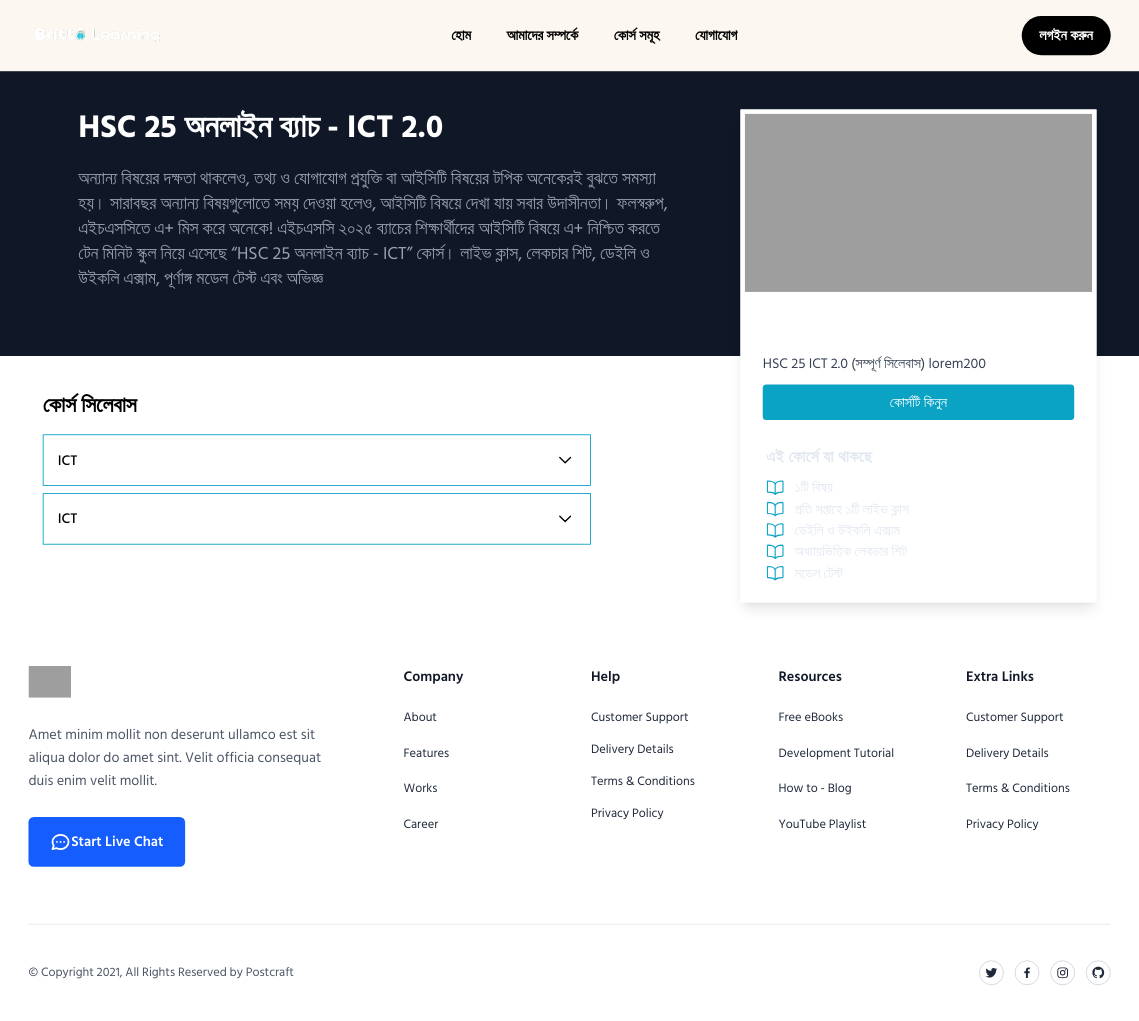
Repository: Ruddro420/course-selling
Page: /single-course
These files come from the project's save history. The page is drawn as it stood at one moment and after the next save; the edit follows.
The browser window is 1280 px wide. The pictures show the whole page, at 89% of full size.
Pictures or frames that could not be fetched are drawn as grey boxes. The project was rebuilt for these pictures with package versions that can differ from the ones it lists, and the page was loaded fresh each time. Also part of the build but not shown: vite.config.js, src/components/AboutSection.jsx, src/components/ContactSection.jsx, src/components/CourseSection.jsx, src/components/Hero.jsx, src/components/TeamSection.jsx, src/components/WhyUsSection.jsx, src/pages/Home.jsx and 2 more.

Above is the page before, as saved 2025-02-06 04:07:29.

After the next save:
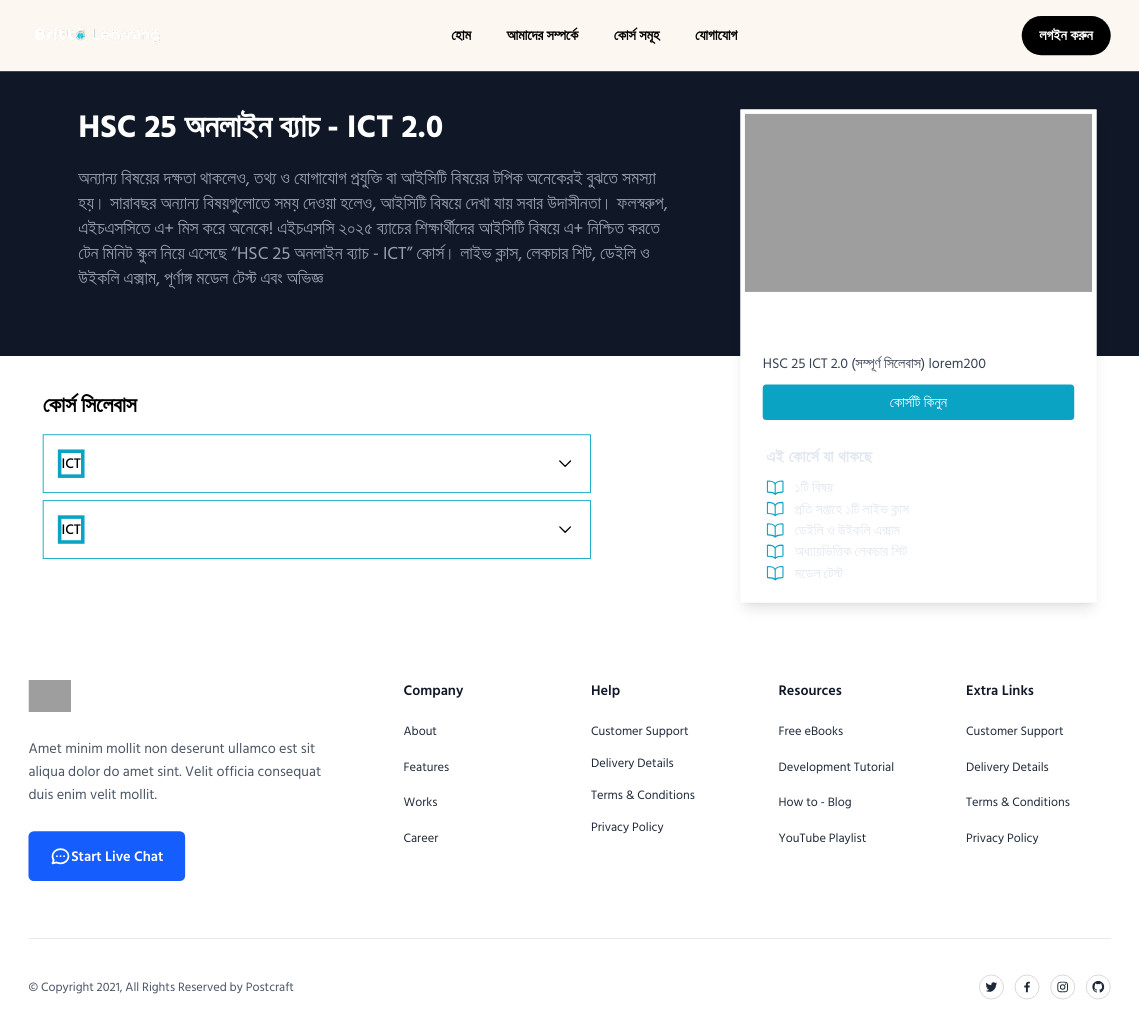
Saved 35 s later.
--- a/src/components/courseComponent/Dropdown.jsx
+++ b/src/components/courseComponent/Dropdown.jsx
@@ -8,7 +8,7 @@
      <div className="p-0 border sylebus mt-2 border-[#0BA3C4]">
           <details className="group">
             <summary className="flex border-[#0BA3C4] text-black p-4 cursor-pointer list-none items-center justify-between font-medium ">
-              <span className="border-[#0BA3C4]">{heading}</span>
+              <span className="border-[#0BA3C4] border-4">{heading}</span>
               <span className="transition group-open:rotate-180">
                 <svg
                   fill="none"

After the save that followed:
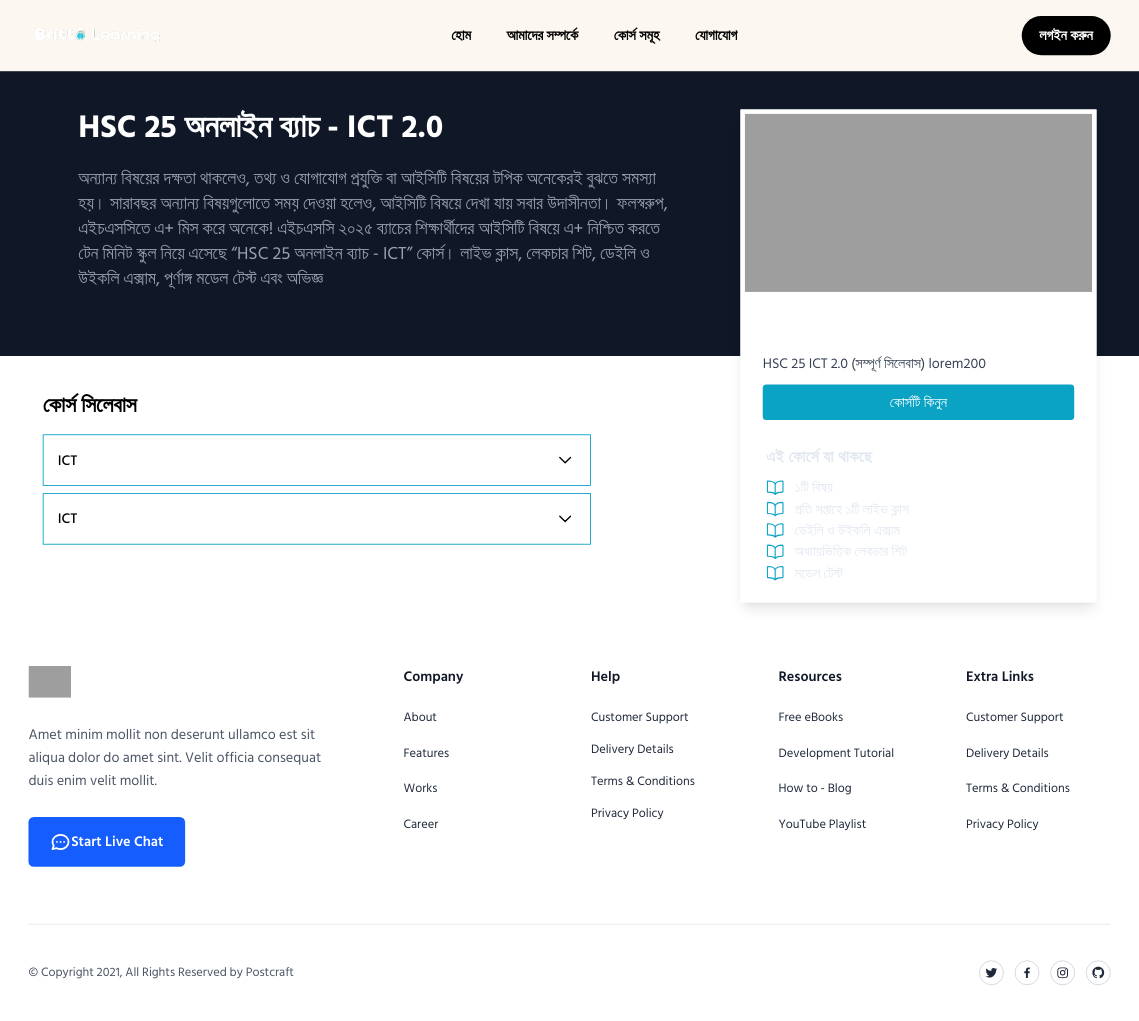
Saved 9 s later.
--- a/src/components/courseComponent/Dropdown.jsx
+++ b/src/components/courseComponent/Dropdown.jsx
@@ -8,7 +8,7 @@
      <div className="p-0 border sylebus mt-2 border-[#0BA3C4]">
           <details className="group">
             <summary className="flex border-[#0BA3C4] text-black p-4 cursor-pointer list-none items-center justify-between font-medium ">
-              <span className="border-[#0BA3C4] border-4">{heading}</span>
+              <span>{heading}</span>
               <span className="transition group-open:rotate-180">
                 <svg
                   fill="none"
